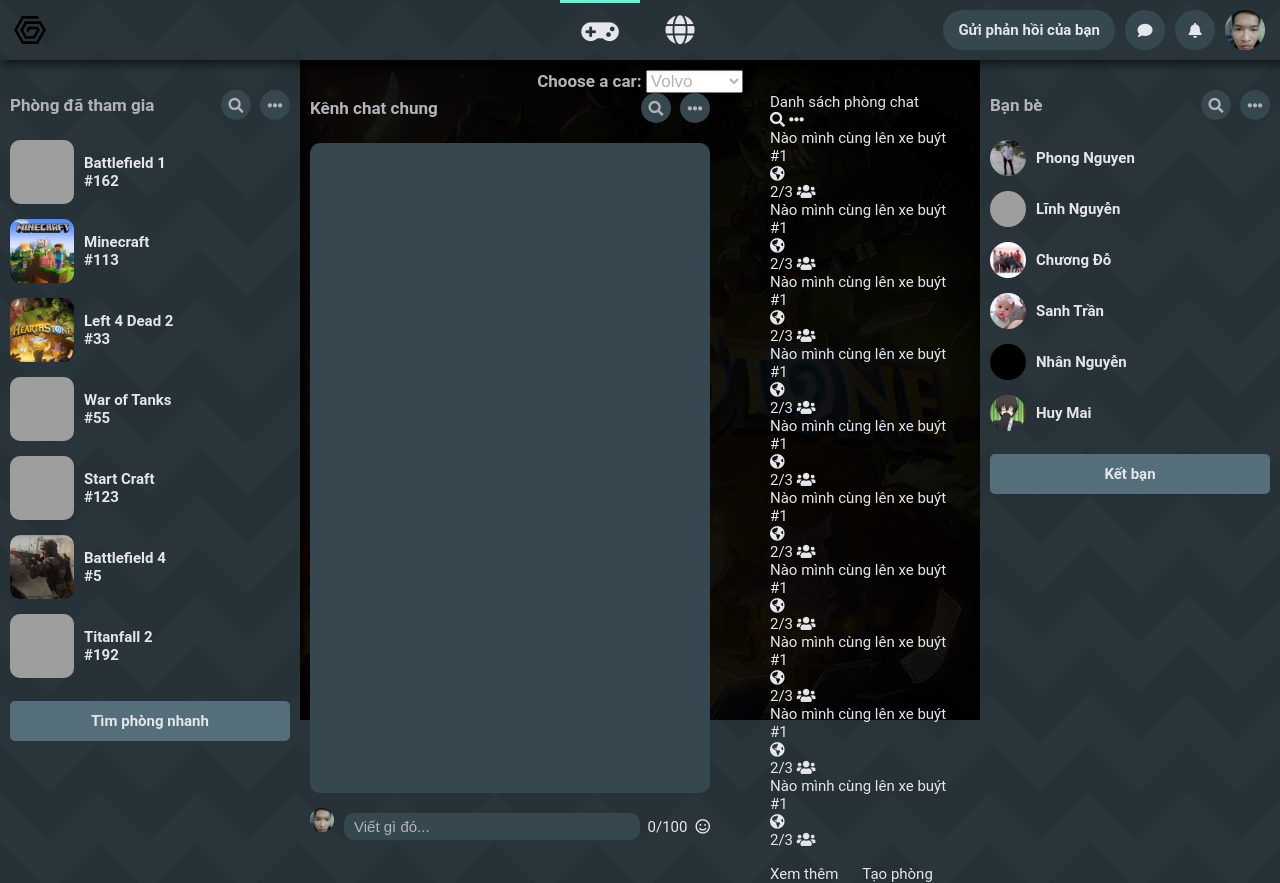
Repository: GammingCommnunity/docs
Page: web-layout/v3/html/index.html
The author's editor kept a copy of each file at every save. The page is drawn from the files as they stood at one save, then again after the next save.
The browser window is 1280 px wide. The pictures show the whole page.
Pictures or frames that could not be fetched are drawn as grey boxes.

Above is the page before, as saved 2020-03-13 20:23:03.

### web-layout/v3/html/index.html
<!DOCTYPE html>
<html lang="vi">

<head>
	<meta charset="UTF-8">
	<meta name="viewport" content="width=device-width, initial-scale=1.0">
	<!-- afvicon -->
	<link rel="icon" type='image/x-icon' href='favicon.ico' />
	<!-- title -->
	<title>Gaming Community</title>
	<!-- fontawesome -->
	<link href="fontawesome-free-5.12.1-web/css/all.css" rel="stylesheet">
</head>

<body>
	<!-- sweetalert -->
	<script src="js/sweetalert2.js"></script>

	<!-- root styles -->
	<style>
		:root {
			/* background color */
			--bg10: #06141A;
			--bg9: #263238;
			--bg8: #37474F;
			--bg7: #455A64;
			--bg6: #546E7A;
			--bg5: #607D8B;
			--bg4: #78909C;
			--bg3: #90A4AE;
			--bg2: #B0BEC5;
			--bg1: #CFD8DC;
			/* text color */
			--primary-text: #e4e6eb;
			--secondary-text: #B2B4B9;
			/* shadow */
			--shd: 3px 5px 8px rgba(0, 0, 0, .55);
			--shd-inset: inset 3px 5px 8px rgba(0, 0, 0, .85);
			--shd-lg: 9px 11px 18px rgba(0, 0, 0, .45);
			--shd-sm: 1px 3px 5px rgba(0, 0, 0, .8);
			--shd-highlight: 3px 5px 8px rgba(0, 0, 0, .45), inset 4px 6px 8px rgba(0, 0, 0, .9);
			/* text size */
			--text-size-sm: 12px;
			--text-size-lg: 17px;
			/* highlight */
			--highlight: #66f3d4;
			--border-highlight: 4px solid var(--highlight);
			/* border radius */
			--rounded-sm: 5px;
			--rounded: 10px;
			--rounded-lg: 25px;
			--rounded-circle: 999px;
		}
	</style>

	<!-- bootstrap styles -->
	<style>
		.m-0 {
			margin: 0 !important;
		}

		.mt-0,
		.my-0 {
			margin-top: 0 !important;
		}

		.mr-0,
		.mx-0 {
			margin-right: 0 !important;
		}

		.mb-0,
		.my-0 {
			margin-bottom: 0 !important;
		}

		.ml-0,
		.mx-0 {
			margin-left: 0 !important;
		}

		.m-1 {
			margin: 0.25rem !important;
		}

		.mt-1,
		.my-1 {
			margin-top: 0.25rem !important;
		}

		.mr-1,
		.mx-1 {
			margin-right: 0.25rem !important;
		}

		.mb-1,
		.my-1 {
			margin-bottom: 0.25rem !important;
		}

		.ml-1,
		.mx-1 {
			margin-left: 0.25rem !important;
		}

		.m-2 {
			margin: 0.5rem !important;
		}

		.mt-2,
		.my-2 {
			margin-top: 0.5rem !important;
		}

		.mr-2,
		.mx-2 {
			margin-right: 0.5rem !important;
		}

		.mb-2,
		.my-2 {
			margin-bottom: 0.5rem !important;
		}

		.ml-2,
		.mx-2 {
			margin-left: 0.5rem !important;
		}

		.m-3 {
			margin: 1rem !important;
		}

		.mt-3,
		.my-3 {
			margin-top: 1rem !important;
		}

		.mr-3,
		.mx-3 {
			margin-right: 1rem !important;
		}

		.mb-3,
		.my-3 {
			margin-bottom: 1rem !important;
		}

		.ml-3,
		.mx-3 {
			margin-left: 1rem !important;
		}

		.m-4 {
			margin: 1.5rem !important;
		}

		.mt-4,
		.my-4 {
			margin-top: 1.5rem !important;
		}

		.mr-4,
		.mx-4 {
			margin-right: 1.5rem !important;
		}

		.mb-4,
		.my-4 {
			margin-bottom: 1.5rem !important;
		}

		.ml-4,
		.mx-4 {
			margin-left: 1.5rem !important;
		}

		.m-5 {
			margin: 3rem !important;
		}

		.mt-5,
		.my-5 {
			margin-top: 3rem !important;
		}

		.mr-5,
		.mx-5 {
			margin-right: 3rem !important;
		}

		.mb-5,
		.my-5 {
			margin-bottom: 3rem !important;
		}

		.ml-5,
		.mx-5 {
			margin-left: 3rem !important;
		}

		.p-0 {
			padding: 0 !important;
		}

		.pt-0,
		.py-0 {
			padding-top: 0 !important;
		}

		.pr-0,
		.px-0 {
			padding-right: 0 !important;
		}

		.pb-0,
		.py-0 {
			padding-bottom: 0 !important;
		}

		.pl-0,
		.px-0 {
			padding-left: 0 !important;
		}

		.p-1 {
			padding: 0.25rem !important;
		}

		.pt-1,
		.py-1 {
			padding-top: 0.25rem !important;
		}

		.pr-1,
		.px-1 {
			padding-right: 0.25rem !important;
		}

		.pb-1,
		.py-1 {
			padding-bottom: 0.25rem !important;
		}

		.pl-1,
		.px-1 {
			padding-left: 0.25rem !important;
		}

		.p-2 {
			padding: 0.5rem !important;
		}

		.pt-2,
		.py-2 {
			padding-top: 0.5rem !important;
		}

		.pr-2,
		.px-2 {
			padding-right: 0.5rem !important;
		}

		.pb-2,
		.py-2 {
			padding-bottom: 0.5rem !important;
		}

		.pl-2,
		.px-2 {
			padding-left: 0.5rem !important;
		}

		.p-3 {
			padding: 1rem !important;
		}

		.pt-3,
		.py-3 {
			padding-top: 1rem !important;
		}

		.pr-3,
		.px-3 {
			padding-right: 1rem !important;
		}

		.pb-3,
		.py-3 {
			padding-bottom: 1rem !important;
		}

		.pl-3,
		.px-3 {
			padding-left: 1rem !important;
		}

		.p-4 {
			padding: 1.5rem !important;
		}

		.pt-4,
		.py-4 {
			padding-top: 1.5rem !important;
		}

		.pr-4,
		.px-4 {
			padding-right: 1.5rem !important;
		}

		.pb-4,
		.py-4 {
			padding-bottom: 1.5rem !important;
		}

		.pl-4,
		.px-4 {
			padding-left: 1.5rem !important;
		}

		.p-5 {
			padding: 3rem !important;
		}

		.pt-5,
		.py-5 {
			padding-top: 3rem !important;
		}

		.pr-5,
		.px-5 {
			padding-right: 3rem !important;
		}

		.pb-5,
		.py-5 {
			padding-bottom: 3rem !important;
		}

		.pl-5,
		.px-5 {
			padding-left: 3rem !important;
		}
	</style>

	<!-- gc styles -->
	<style>
		html * {
			margin: 0;
			padding: 0;
		}

		body {
			font-family: Roboto, Arial, sans-serif;
			box-sizing: border-box;
			font-size: 15px;
			color: var(--primary-text);
		}

		body * {
			box-sizing: inherit;
			font-size: inherit;
			color: inherit;
		}

		::-webkit-scrollbar {
			width: 7px;
			height: 7px;
			background-color: var(--bg8);
			border-radius: 7px;
		}

		::-webkit-scrollbar-thumb {
			background-color: var(--bg6);
			border-radius: 7px;
		}

		textarea::placeholder,
		input::placeholder {
			color: var(--secondary-text);
		}

		a {
			transition: all .4s ease;
		}

		a:hover {
			color: var(--highlight);
			text-decoration: underline var(--bg4);
		}

		hr {
			border-top: 1px solid var(--bg8);
			width: 100%;
		}




		.img {
			display: block;
			background-size: cover;
			background-repeat: no-repeat;
			background-position: center;
		}

		.nowrap {
			white-space: nowrap;
		}

		.wrap {
			white-space: pre-line;
			word-break: break-word;
		}

		/* padding hover */
		.p-hover {
			transition: all .2s ease;
		}

		.p-hover:hover {
			padding: 6px;
			background-color: var(--bg8);
		}

		/* btn */
		.btn {
			width: 40px;
			min-width: 40px;
			height: 40px;
			min-height: 40px;

			display: flex;
			justify-content: center;
			align-items: center;

			background-color: var(--bg8);
			cursor: pointer;
			font-weight: bold;
			border-radius: var(--rounded-sm);

			margin-left: 5px;
			margin-right: 5px;

			transition: all .2s ease;
		}

		.btn-w {
			width: unset;
			min-width: unset;
		}

		.btn-sm {
			width: 30px;
			min-width: 30px;
			height: 30px;
			min-height: 30px;
		}

		.btn:hover {
			background-color: var(--bg7);
		}

		.btn-light {
			background-color: var(--bg6) !important;
		}

		.btn-light:hover {
			background-color: var(--bg5) !important;
		}

		/* rows */
		.row {
			display: flex;
			align-items: center;
		}

		/* border radius */
		.rounded-sm {
			border-radius: var(--rounded-sm);
		}

		.rounded {
			border-radius: var(--rounded);
		}

		.rounded-lg {
			border-radius: var(--rounded-lg);
		}

		.rounded-circle {
			border-radius: var(--rounded-circle);
		}

		/* background */
		.background {
			position: absolute;
			z-index: -1;
			top: 0;
			left: 0;

			width: 100%;
			height: 100%;
		}

		.background::after {
			content: "";

			position: absolute;
			top: 0;
			left: 0;

			width: 100%;
			height: 100%;

			background-color: rgba(0, 0, 0, .9);
		}

		/* head */
		.head {
			display: flex;
			align-items: center;

			color: var(--secondary-text);

			margin-bottom: 20px;
		}

		.head label {
			flex-grow: 1;
			overflow: hidden;

			margin-right: 10px;

			font-weight: bold;
			font-size: var(--text-size-lg);
			white-space: nowrap;
		}
	</style>

	<!-- main styles -->
	<style>
		body {
			position: relative;

			width: 100vw;
			height: 100vh;

			background-color: var(--bg9);
			background-image: url("data:[embedded picture, 255 characters]");
		}

		/* header */
		header {
			position: fixed;
			z-index: 6;
			top: 0;
			left: 0;

			width: 100%;
			height: 60px;

			display: flex;
			justify-content: space-between;
			align-items: center;

			padding-left: 10px;
			padding-right: 10px;

			background-color: var(--bg9);
			background-image: url("data:[embedded picture, 255 characters]");
			box-shadow: var(--shd);
		}

		header:last-child {
			margin-right: 0;
		}

		header .navs {
			position: absolute;
			z-index: 8;
			top: 0;
			left: calc(50% - 80px);

			height: 100%;

			display: flex;
		}

		header .navs-item {
			width: 80px;
			height: 100%;

			display: flex;
			justify-content: center;
			align-items: center;

			transition: all .2s ease;
		}

		header .navs-item:hover {
			background-color: var(--bg6);
		}

		header .navs-item.active {
			border-top: 3px solid var(--highlight);
		}

		/* sidebar */
		nav {
			position: fixed;
			z-index: 3;
			top: 0;

			width: 300px;
			height: 100%;

			display: flex;
			flex-direction: column;

			padding: 90px 10px 10px 10px;
		}

		nav .body:first-child {
			display: flex;
			flex-direction: column;
			align-items: center;

			overflow: auto;

			padding-right: 30px;
		}

		/* article */
		article {
			position: relative;

			display: flex;
			justify-content: center;

			width: 100%;
			height: 100%;

			padding: 60px 300px 0 300px;
		}
	</style>

	<!-- fragments main styles -->
	<style>
		.btn.feedback-btn {
			width: unset;

			padding: 0 15px;
		}

		/* joined rooms */
		nav.joined-rooms {
			left: 0;
		}

		.joined-rooms-item {
			display: flex;

			width: 100%;

			margin-bottom: 15px;

			border-radius: var(--rounded);
			cursor: pointer;
			font-weight: bold;
		}

		.joined-rooms-item .img {
			width: 64px;
			height: 64px;

			border-radius: var(--rounded);
		}

		.joined-rooms-item .info {
			flex-grow: 1;
			display: flex;
			flex-direction: column;
			align-items: flex-start;
			justify-content: center;

			overflow: hidden;

			height: 64px;

			padding-left: 10px;
		}

		.joined-rooms-item .info * {
			overflow: inherit;
			white-space: inherit;
		}

		/* friends */
		nav.friends {
			left: calc(100vw - 300px);
		}

		/* friends-item */
		.friends-item {
			display: flex;
			align-items: center;

			width: 100%;

			margin-bottom: 15px;

			border-radius: 10px;
			cursor: pointer;
			font-weight: bold;
		}

		.friends-item .img {
			width: 36px;
			height: 36px;

			border-radius: 36px;
		}

		.friends-item .name {
			padding-left: 10px;
			overflow: hidden;
			white-space: nowrap;
		}

		/* game channels */
		.game-channels {
			position: relative;

			display: flex;
			flex-direction: column;
			align-items: center;

			width: 100%;
			height: 100%;

			padding: 10px;

			background-color: rgba(0, 0, 0, .2);
			box-shadow: var(--shd-inset);
		}

		.game-channels-head {
			font-size: var(--text-size-lg);
			color: var(--secondary-text);
			font-weight: bold;
		}

		.game-channels-body {
			flex-grow: 1;
			display: flex;

			width: 100%;
		}

		/* global chats */
		.global-chats {
			width: 400px;

			margin-right: 60px;
		}

		.global-chats-body {
			overflow: auto;

			height: 650px;

			padding: 10px;

			border-radius: 10px;
			background-color: var(--bg8);
		}

		.global-chats-item {
			width: 100%;
			margin-bottom: 15px;
			display: flex;
		}

		.global-chats-item .avatar {
			width: 24px;
			min-width: 24px;
			height: 24px;
			border-radius: 24px;
			margin-top: 2x;
			margin-right: 10px;
		}

		.global-chats-item-body {
			flex-grow: 1;
			overflow: hidden;
		}

		.global-chats-item-body .name {
			display: inline-block;
			max-width: 80%;
			font-weight: bold;
			padding-bottom: 5px;
			padding-top: 11px;
			color: var(--secondary-text) !important;
			white-space: nowrap;
			font-size: var(--text-size-sm);
			overflow: hidden;
			line-height: 0;
		}

		.global-chats-item-body .name::after {
			content: ': ';
		}

		.global-chats-item-body .content {
			display: inline;
		}

		.messages-box {
			display: flex;
			align-items: baseline;
			margin-top: 15px;
		}

		.messages-box .avatar {
			width: 24px;
			min-width: 24px;
			height: 24px;
			border-radius: 24px;
			margin-right: 10px;
		}

		.messages-box .content {
			min-width: 0;
			flex-grow: 1;
			border-radius: 10px;
			background-color: var(--bg8);
			padding: 5px 10px;
			border: none;
			resize: none;
		}
	</style>

	<header>
		<svg width="40px" height="40px" viewBox="0 0 100 100" version="1.1" xmlns="http://www.w3.org/2000/svg"
			xmlns:xlink="http://www.w3.org/1999/xlink" xml:space="preserve" xmlns:serif="http://www.serif.com/"
			style="fill-rule:evenodd;clip-rule:evenodd;stroke-linejoin:round;stroke-miterlimit:2;">
			<g transform="matrix(-6.60965e-17,1,1,6.61098e-17,5.9952e-15,-1.42109e-14)">
				<path
					d="M21.667,73.809L21.667,33.867L49.997,17.679L78.334,33.867L78.334,66.13L49.997,82.321L35,73.75L35,41.604L49.997,33.034L65,41.604L65,58.392L49.997,66.963L48.334,66.013L48.334,49.343L56.716,44.551L49.997,40.713L41.667,45.476L41.667,69.88L49.997,74.642L71.667,62.259L71.667,37.737L49.997,25.358L28.334,37.737L28.334,77.617L49.997,90L85,70L85,30L49.997,10L15,30L15,70L21.667,73.809Z"
					style="fill-rule:nonzero;"></path>
			</g>
		</svg>
		<div class="navs">
			<div class="navs-item active" data-toggle="tooltip" data-placement="bottom" title="Trò chơi">
				<i class="fas fa-gamepad fa-2x"></i>
			</div>
			<div class="navs-item" data-toggle="tooltip" data-placement="bottom" title="Mạng xã hội">
				<i class="fas fa-globe fa-2x"></i>
			</div>
		</div>
		<div class="row">
			<div class="btn feedback-btn rounded-circle">Gửi phản hồi của bạn</div>
			<i class="fas fa-comment btn rounded-circle"></i>
			<i class="fas fa-bell btn rounded-circle"></i>
			<div class="avatar btn img rounded-circle" style="background-image: url(img/avatar.jpg)"></div>
		</div>
	</header>

	<!-- joined room -->
	<nav class="joined-rooms">
		<div class="head">
			<label>Phòng đã tham gia</label>
			<div class="row">
				<i class="fas fa-search mr-1 btn btn-sm rounded-circle"></i>
				<i class="fas fa-ellipsis-h btn btn-sm rounded-circle mr-0"></i>
			</div>
		</div>

		<div class="body">

			<div class="joined-rooms-item p-hover">
				<div class="img" style="background-image: url(img/14.jpg)"></div>
				<div class="info">
					<p>Battlefield 1</p>
					<p>#162</p>
				</div>
			</div>

			<div class="joined-rooms-item p-hover">
				<div class="img" style="background-image: url(img/10.jpg)"></div>
				<div class="info">
					<p>Minecraft</p>
					<p>#113</p>
				</div>
			</div>

			<div class="joined-rooms-item p-hover">
				<div class="img" style="background-image: url(img/9.jpg)"></div>
				<div class="info">
					<p>Left 4 Dead 2</p>
					<p>#33</p>
				</div>
			</div>

			<div class="joined-rooms-item p-hover">
				<div class="img" style="background-image: url(img/13.jpg)"></div>
				<div class="info">
					<p>War of Tanks</p>
					<p>#55</p>
				</div>
			</div>

			<div class="joined-rooms-item p-hover">
				<div class="img" style="background-image: url(img/12.jpg)"></div>
				<div class="info">
					<p>Start Craft</p>
					<p>#123</p>
				</div>
			</div>

			<div class="joined-rooms-item p-hover">
				<div class="img" style="background-image: url(img/16.jpg)"></div>
				<div class="info">
					<p>Battlefield 4</p>
					<p>#5</p>
				</div>
			</div>

			<div class="joined-rooms-item p-hover">
				<div class="img" style="background-image: url(img/11.jpg)"></div>
				<div class="info">
					<p>Titanfall 2</p>
					<p>#192</p>
				</div>
			</div>


		</div>

		<div class="btn btn-light btn-w m-0 mt-2">Tìm phòng nhanh</div>
	</nav>

	<!-- friends -->
	<nav class="friends">
		<div class="head">
			<label>Bạn bè</label>
			<div class="row">
				<i class="fas fa-search mr-1 btn btn-sm rounded-circle"></i>
				<i class="fas fa-ellipsis-h btn btn-sm rounded-circle mr-0"></i>
			</div>
		</div>
		<div class="body">

			<div class="friends-item p-hover">
				<div class="img" style="background-image: url(img/100.jpg)"></div>
				<p class="name">Phong Nguyen</p>
			</div>

			<div class="friends-item p-hover">
				<div class="img" style="background-image: url(img/101.jpg)"></div>
				<p class="name">Lĩnh Nguyễn</p>
			</div>

			<div class="friends-item p-hover">
				<div class="img" style="background-image: url(img/102.jpg)"></div>
				<p class="name">Chương Đỗ</p>
			</div>

			<div class="friends-item p-hover">
				<div class="img" style="background-image: url(img/103.jpg)"></div>
				<p class="name">Sanh Trần</p>
			</div>

			<div class="friends-item p-hover">
				<div class="img" style="background-image: url(img/104.jpg)"></div>
				<p class="name">Nhân Nguyễn</p>
			</div>

			<div class="friends-item p-hover">
				<div class="img" style="background-image: url(img/105.jpg)"></div>
				<p class="name">Huy Mai</p>
			</div>


		</div>

		<div class="btn btn-light btn-w m-0 mt-2">Kết bạn</div>
	</nav>

	<article>
		<div class="game-channels">
			<div class="background img" style="background-image: url(img/9.jpg)"></div>

			<div class="game-channels-head">
				<label for="cars">Choose a car:</label>

				<select id="cars">
					<option value="volvo">Volvo</option>
					<option value="saab">Saab</option>
					<option value="mercedes">Mercedes</option>
					<option value="audi">Audi</option>
				</select>
			</div>

			<div class="game-channels-body">
				<!-- global chats -->
				<div class="global-chats">
					<div class="head">
						<label>Kênh chat chung</label>
						<div class="row">
							<i class="fas fa-search mr-1 btn btn-sm rounded-circle"></i>
							<i class="fas fa-ellipsis-h btn btn-sm rounded-circle mr-0"></i>
						</div>
					</div>
					<div class="global-chats-body">

						<!-- <div class="global-chats-item"></div> -->

					</div>
					<div class="messages-box">
						<div class="avatar img" style="background-image: url(img/avatar.jpg)"></div>
						<input contenteditable class="messages-box-content content" placeholder="Viết gì đó..."
							onkeyup="updateMessagesBoxLength()" onkeydown="send(event)">
						<p class="messages-box-length ml-2">0/100</p>
						<i class="far fa-smile pl-2"></i>
					</div>
				</div>

				<!-- rooms -->
				<div class="rooms component">
					<div class="component-head">
						<label>Danh sách phòng chat</label>
						<div>
							<i class="fas fa-search mr-1 icon"></i><i class="fas fa-ellipsis-h icon"></i>
						</div>
					</div>
					<div class="rooms-body component-body flex-grow-0 p-0">

						<div class="rooms-item highlight-hover" onclick="echo()">
							<div class="img" style="background-image: url(img/9.jpg)"></div>
							<div class="rooms-item-info">
								<p>Nào mình cùng lên xe buýt</p>
								<p>#1</p>
								<div class="rooms-item-detail-info">
									<i class="fas fa-globe-americas pr-2"></i>
									<div class="member-num">
										2/3
										<i class="fas fa-users"></i>
									</div>
								</div>
							</div>
						</div>

						<div class="rooms-item highlight-hover" onclick="echo()">
							<div class="img" style="background-image: url(img/9.jpg)"></div>
							<div class="rooms-item-info">
								<p>Nào mình cùng lên xe buýt</p>
								<p>#1</p>
								<div class="rooms-item-detail-info">
									<i class="fas fa-globe-americas pr-2"></i>
									<div class="member-num">
										2/3
										<i class="fas fa-users"></i>
									</div>
								</div>
							</div>
						</div>

						<div class="rooms-item highlight-hover" onclick="echo()">
							<div class="img" style="background-image: url(img/9.jpg)"></div>
							<div class="rooms-item-info">
								<p>Nào mình cùng lên xe buýt</p>
								<p>#1</p>
								<div class="rooms-item-detail-info">
									<i class="fas fa-globe-americas pr-2"></i>
									<div class="member-num">
										2/3
										<i class="fas fa-users"></i>
									</div>
								</div>
							</div>
						</div>


						<div class="rooms-item highlight-hover" onclick="echo()">
							<div class="img" style="background-image: url(img/9.jpg)"></div>
							<div class="rooms-item-info">
								<p>Nào mình cùng lên xe buýt</p>
								<p>#1</p>
								<div class="rooms-item-detail-info">
									<i class="fas fa-globe-americas pr-2"></i>
									<div class="member-num">
										2/3
										<i class="fas fa-users"></i>
									</div>
								</div>
							</div>
						</div>

						<div class="rooms-item highlight-hover" onclick="echo()">
							<div class="img" style="background-image: url(img/9.jpg)"></div>
							<div class="rooms-item-info">
								<p>Nào mình cùng lên xe buýt</p>
								<p>#1</p>
								<div class="rooms-item-detail-info">
									<i class="fas fa-globe-americas pr-2"></i>
									<div class="member-num">
										2/3
										<i class="fas fa-users"></i>
									</div>
								</div>
							</div>
						</div>

						<div class="rooms-item highlight-hover" onclick="echo()">
							<div class="img" style="background-image: url(img/9.jpg)"></div>
							<div class="rooms-item-info">
								<p>Nào mình cùng lên xe buýt</p>
								<p>#1</p>
								<div class="rooms-item-detail-info">
									<i class="fas fa-globe-americas pr-2"></i>
									<div class="member-num">
										2/3
										<i class="fas fa-users"></i>
									</div>
								</div>
							</div>
						</div>

						<div class="rooms-item highlight-hover" onclick="echo()">
							<div class="img" style="background-image: url(img/9.jpg)"></div>
							<div class="rooms-item-info">
								<p>Nào mình cùng lên xe buýt</p>
								<p>#1</p>
								<div class="rooms-item-detail-info">
									<i class="fas fa-globe-americas pr-2"></i>
									<div class="member-num">
										2/3
										<i class="fas fa-users"></i>
									</div>
								</div>
							</div>
						</div>

						<div class="rooms-item highlight-hover" onclick="echo()">
							<div class="img" style="background-image: url(img/9.jpg)"></div>
							<div class="rooms-item-info">
								<p>Nào mình cùng lên xe buýt</p>
								<p>#1</p>
								<div class="rooms-item-detail-info">
									<i class="fas fa-globe-americas pr-2"></i>
									<div class="member-num">
										2/3
										<i class="fas fa-users"></i>
									</div>
								</div>
							</div>
						</div>

						<div class="rooms-item highlight-hover" onclick="echo()">
							<div class="img" style="background-image: url(img/9.jpg)"></div>
							<div class="rooms-item-info">
								<p>Nào mình cùng lên xe buýt</p>
								<p>#1</p>
								<div class="rooms-item-detail-info">
									<i class="fas fa-globe-americas pr-2"></i>
									<div class="member-num">
										2/3
										<i class="fas fa-users"></i>
									</div>
								</div>
							</div>
						</div>

						<div class="rooms-item highlight-hover" onclick="echo()">
							<div class="img" style="background-image: url(img/9.jpg)"></div>
							<div class="rooms-item-info">
								<p>Nào mình cùng lên xe buýt</p>
								<p>#1</p>
								<div class="rooms-item-detail-info">
									<i class="fas fa-globe-americas pr-2"></i>
									<div class="member-num">
										2/3
										<i class="fas fa-users"></i>
									</div>
								</div>
							</div>
						</div>


					</div>

					<div class="row m-0 mt-3">
						<div class="button button-light col rounded">Xem thêm</div>
						<div class="button ml-2 px-3 rounded">Tạo phòng</div>
					</div>
				</div>
			</div>
		</div>
	</article>

</body>

</html>

Loaded but not shown: web-layout/v3/html/fontawesome-free-5.12.1-web/css/all.css (library); web-layout/v3/html/js/sweetalert2.js (library)

After the next save:
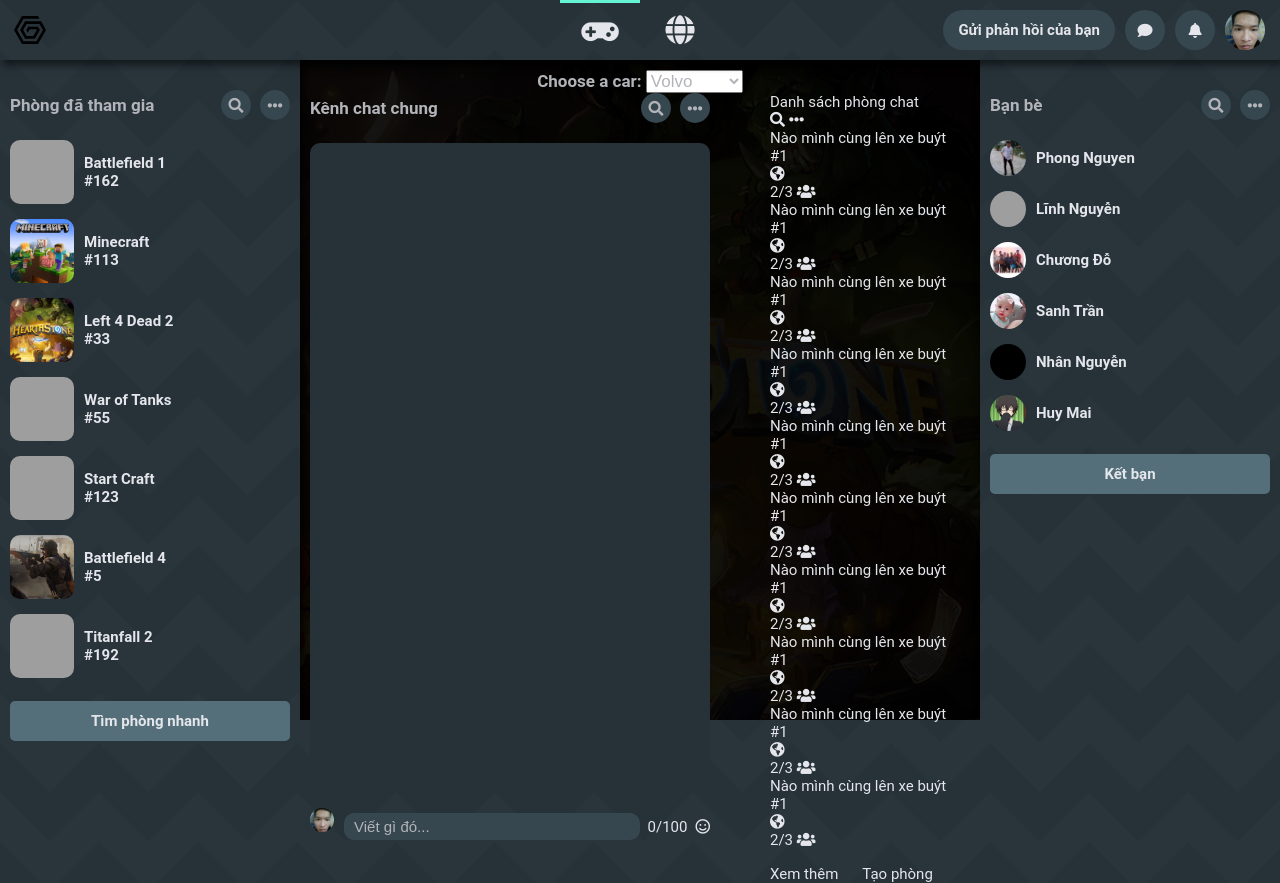
Saved 14 s later.
--- a/web-layout/v3/html/index.html
+++ b/web-layout/v3/html/index.html
@@ -774,7 +774,7 @@
 			padding: 10px;
 
 			border-radius: 10px;
-			background-color: var(--bg8);
+			background-color: var(--bg9);
 		}
 
 		.global-chats-item {
